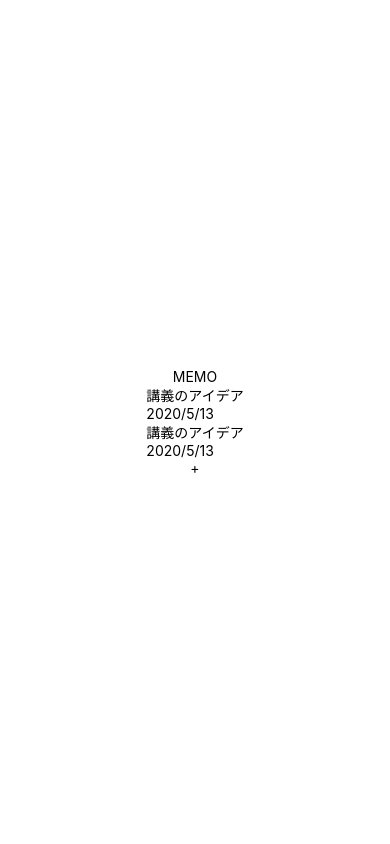
Repository: NagataRyuji0630/memo_app_for_reactNative
Page: /
An editor plug-in stored every save of this project. The page is shown before and after the next save, followed by the edit.
The browser window is 390 px wide. The pictures show the whole page.
The app was drawn by React Native's web renderer in a window 390 px wide. The project was rebuilt for these pictures with package versions that can differ from the ones it lists, and the page was loaded fresh each time.

Above is the page before, as saved 2020-05-13 21:58:18.

After the next save:
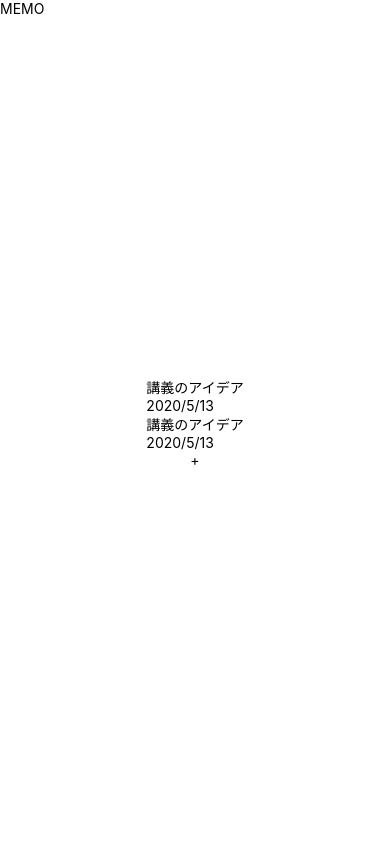
Saved 2 min 54 s later.
--- a/App.js
+++ b/App.js
@@ -40,4 +40,11 @@ const styles = StyleSheet.create({
     alignItems: 'center',
     justifyContent: 'center',
   },
+  appbar: {
+    position: 'absolute',
+    top: 0,
+    left: 0,
+    right: 0,
+    height: '60px',
+  }
 });
